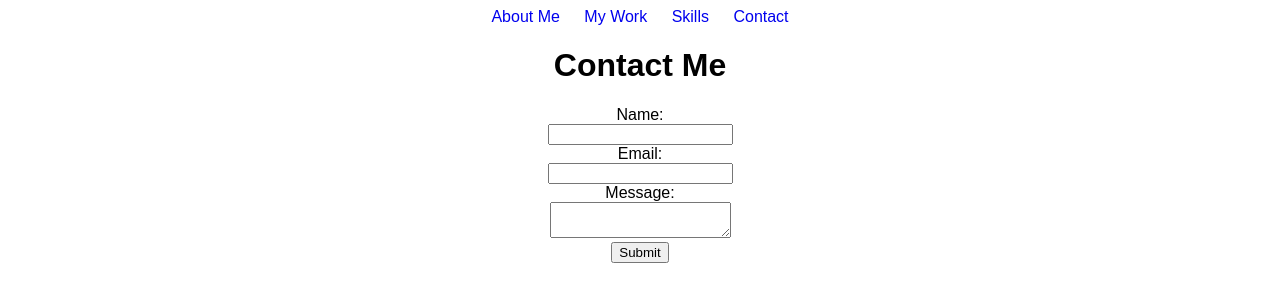
Repository: McBoatright/McBoatright.github.io
Page: contact.html
These files come from the project's save history. The page is drawn as it stood at one moment and after the next save; the edit follows.
The browser window is 1280 px wide. The pictures show the whole page.

Above is the page before, as saved 2024-06-17 15:04:33.

After the next save:
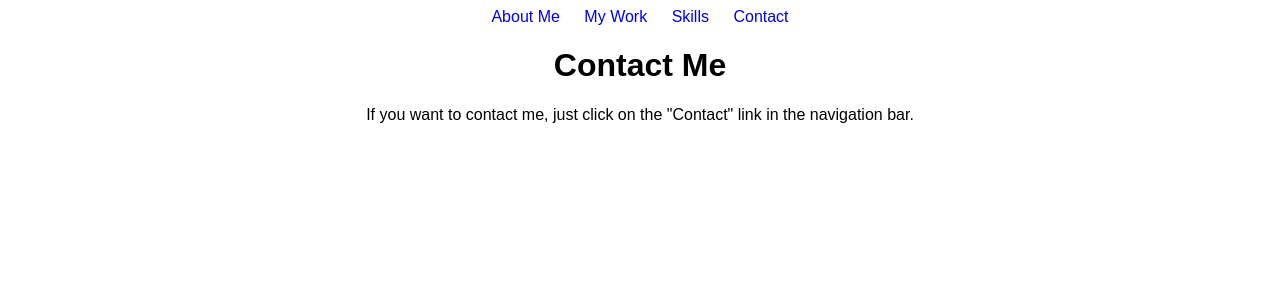
Saved 11 min 28 s later.
--- a/contact.html
+++ b/contact.html
@@ -1,5 +1,5 @@
 <!DOCTYPE html>
-<html lang="en"></html>
+<html lang="en">
 <head>
     <title>Contact</title>
     <link rel="stylesheet" type="text/css" href="style.css">
@@ -10,19 +10,11 @@
             <li><a href="index.html">About Me</a></li>
             <li><a href="index.html">My Work</a></li>
             <li><a href="index.html">Skills</a></li>
-            <li><a href="contact.html">Contact</a></li>
+            <li><a href="mailto:your-email@example.com">Contact</a></li>
         </ul>
     </nav>
 
     <h1>Contact Me</h1>
-    <form action="/submit_form" method="post">
-        <label for="name">Name:</label><br>
-        <input type="text" id="name" name="name"><br>
-        <label for="email">Email:</label><br>
-        <input type="email" id="email" name="email"><br>
-        <label for="message">Message:</label><br>
-        <textarea id="message" name="message"></textarea><br>
-        <input type="submit" value="Submit">
-    </form>
+    <p>If you want to contact me, just click on the "Contact" link in the navigation bar.</p>
 </body>
 </html>
